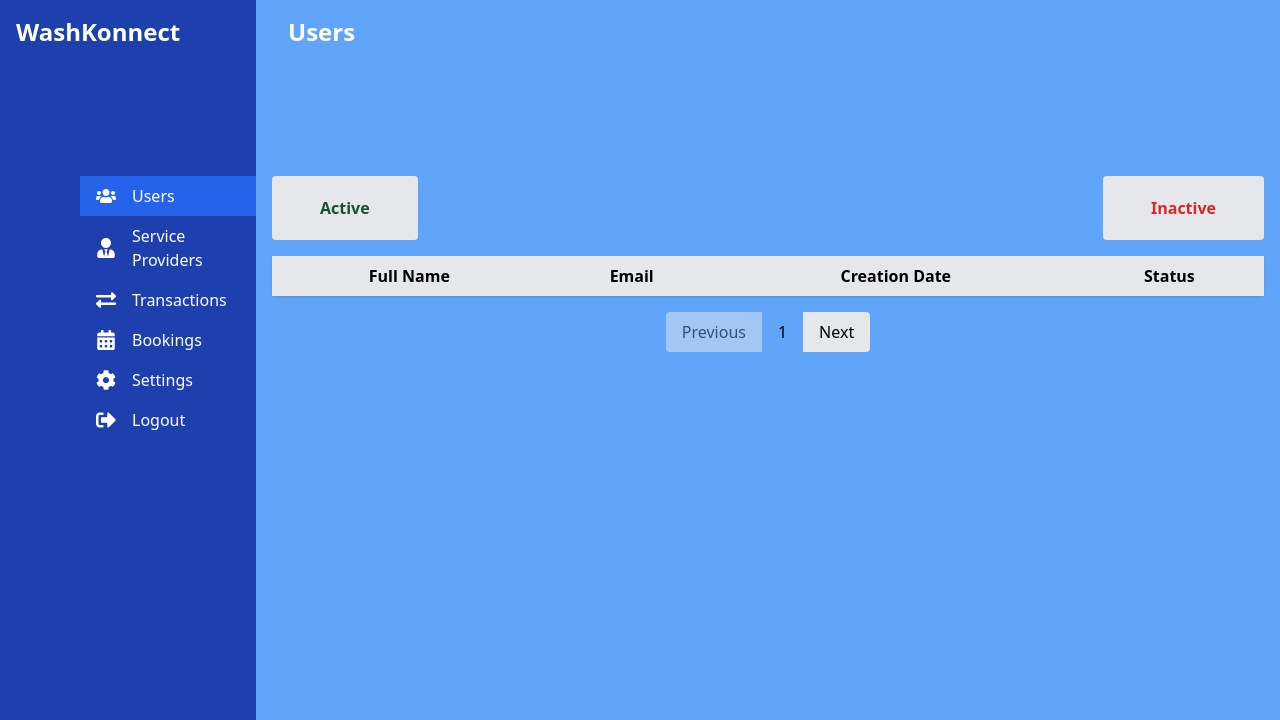
Repository: TEKVOLUTION-LTD/Admin-washKonnect
Page: /dashboard/users (app in Admin-WashKonnect/)
The author's editor kept a copy of each file at every save. The page is drawn from the files as they stood at one save, then again after the next save.
The browser window is 1280 px wide. The pictures show the whole page.
The page's requests for data from a server got no answer. The project was rebuilt for these pictures with package versions that can differ from the ones it lists, and the page was loaded fresh each time. No one was signed in, and anything a server would have sent is missing. Also part of the build but not shown: Admin-WashKonnect/vite.config.js, Admin-WashKonnect/src/pages/LoginPage.jsx, Admin-WashKonnect/src/pages/ServiceProviderPage.jsx, Admin-WashKonnect/src/pages/TransactionsPage.jsx, Admin-WashKonnect/src/pages/BookingsPage.jsx, Admin-WashKonnect/src/pages/SettingsPage.jsx, Admin-WashKonnect/src/pages/LogoutPage.jsx.

Above is the page before, as saved 2024-11-20 10:32:54.

After the next save:
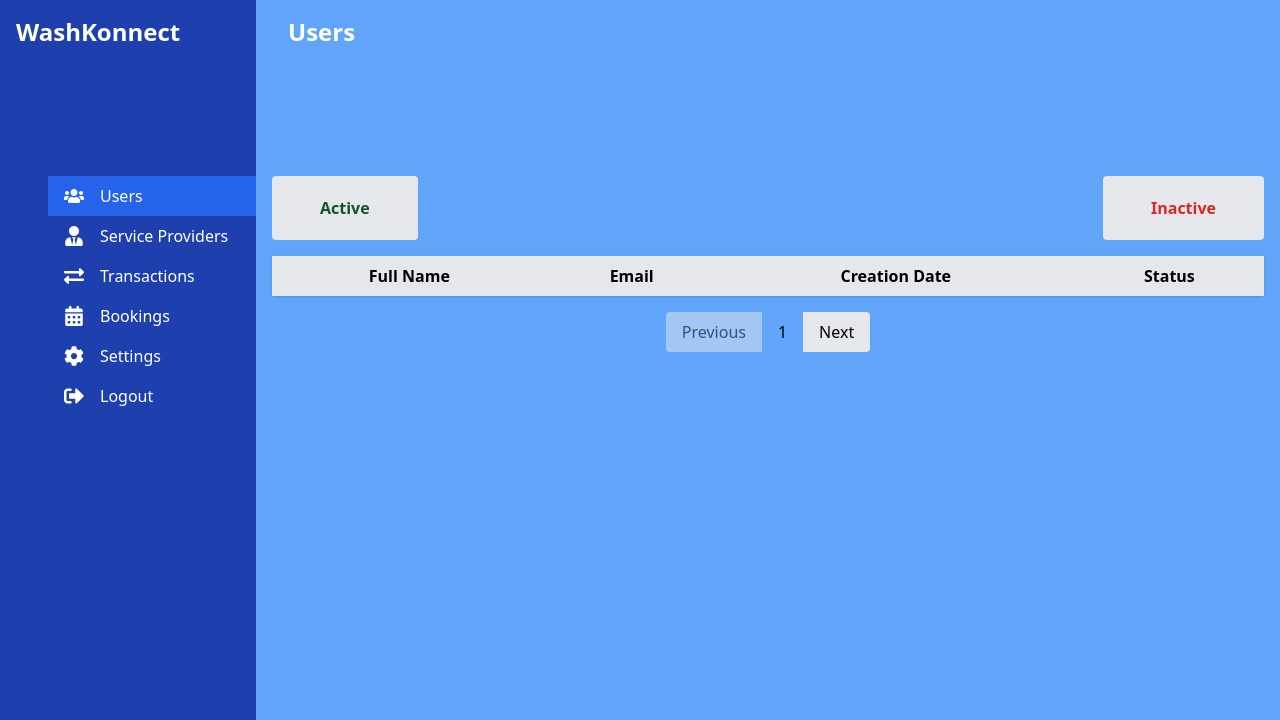
Saved 12 s later.
--- a/Admin-WashKonnect/src/components/Sidebar.jsx
+++ b/Admin-WashKonnect/src/components/Sidebar.jsx
@@ -14,7 +14,7 @@ const Sidebar = () => {
   return (
     <div className="w-64 bg-blue-800 text-white h-full  flex flex-col">
       <div className="p-4 text-2xl font-bold">WashKonnect</div>
-      <nav className="flex-1 mt-[7rem] ml-[5rem]">
+      <nav className="flex-1 mt-[7rem] ml-[3rem]">
         {links.map((link) => (
           <NavLink
             key={link.name}
